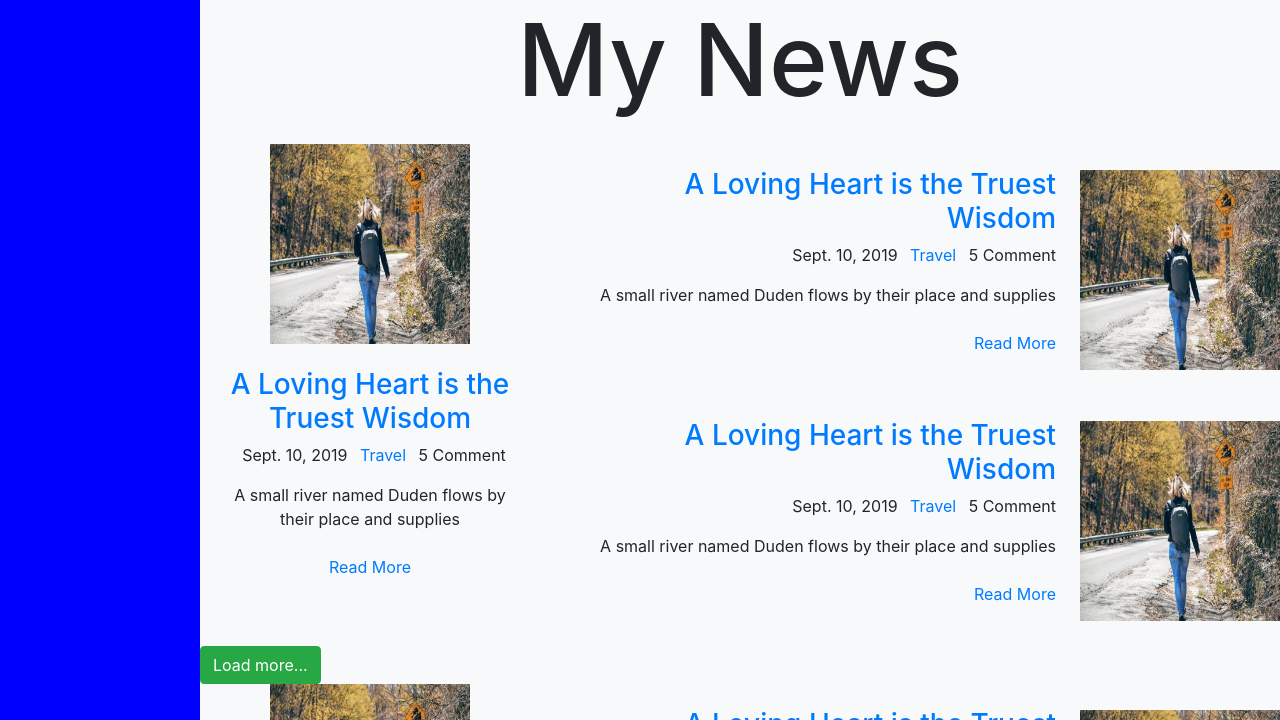
Repository: tts2610/GoogleNews
Page: index.html
The author's editor kept a copy of each file at every save. The page is drawn from the files as they stood at one save, then again after the next save.
The browser window is 1280 px wide. The pictures show the whole page.
An inner scrolling area shows only its first screen.

Above is the page before, as saved 2020-05-20 14:24:01.

After the next save:
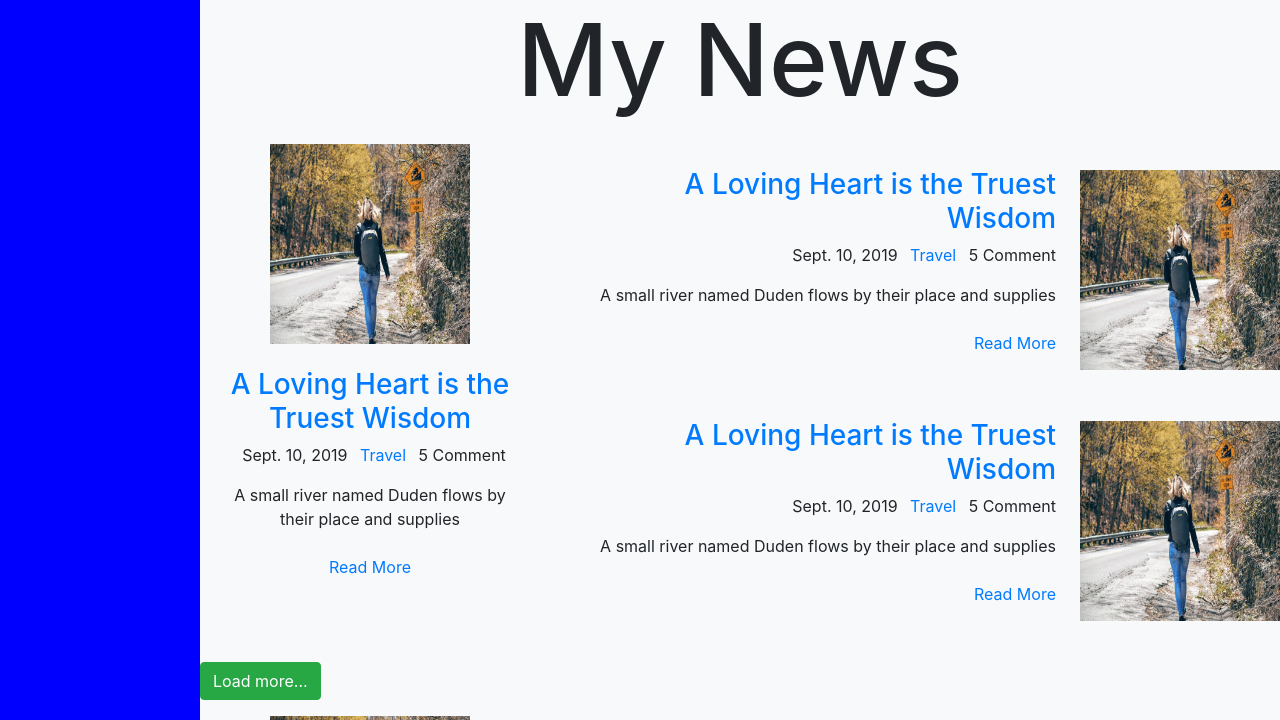
Saved 14 s later.
--- a/index.html
+++ b/index.html
@@ -86,7 +86,7 @@
                     </div>
                 </div>
             </div>
-            <button type="button" id="loadMoreBtn" class="btn btn-success">Load more...</button>
+            <button type="button" id="loadMoreBtn" class="btn btn-success my-3">Load more...</button>
             <div class="row">
                 <div class="col-4 d-flex">
                     <div class="blog-entry-left">
